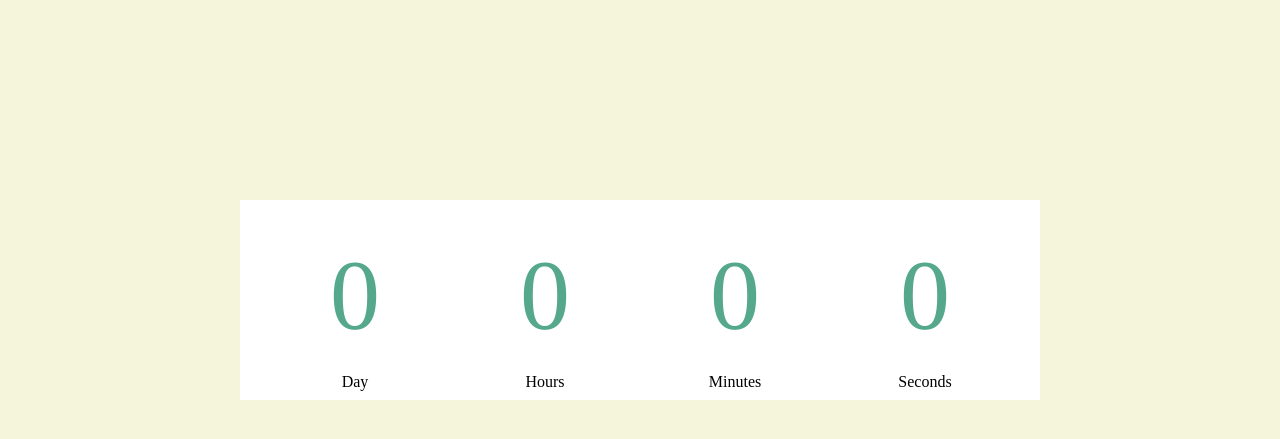
Repository: tienbkvn0605/counddown-demo
Page: index.html
These files come from the project's save history. The page is drawn as it stood at one moment and after the next save; the edit follows.
The browser window is 1280 px wide. The pictures show the whole page.

Above is the page before, as saved 2022-10-04 23:27:24.

### index.html
<!DOCTYPE html>
<html lang="en">
  <head>
    <meta charset="UTF-8" />
    <meta http-equiv="X-UA-Compatible" content="IE=edge" />
    <meta name="viewport" content="width=device-width, initial-scale=1.0" />
    <link rel="stylesheet" href="resetcss.css" />
    <link rel="stylesheet" href="style.css" />
    <title>Document</title>
  </head>
  <body>
    <ul class="countdown">
      <li>
        <span class="number days">0</span>
        <span class="text">Day</span>
      </li>
      <li>
        <span class="number hours">0</span>
        <span class="text">Hours</span>
      </li>
      <li>
        <span class="number minutes">0</span>
        <span class="text">Minutes</span>
      </li>
      <li>
        <span class="number seconds">0</span>
        <span class="text">Seconds</span>
      </li>
    </ul>
  </body>
  <script src="app.js"></script>
</html>

### resetcss.css
*,
*::before,
*::after {
  box-sizing: border-box;
}
* {
  margin: 0;
  padding: 0;
  font: inherit;
}
body {
  line-height: 1.5;
}
img,
picture,
video,
canvas,
svg {
  display: block;
  max-width: 100%;
}
input,
button,
textarea,
select {
  outline: none;
}
p,
h1,
h2,
h3,
h4,
h5,
h6 {
  overflow-wrap: break-word;
}

### style.css
body {
  background-color: beige;
}
ul {
  list-style: none;
}
.countdown {
  width: 800px;
  height: 200px;
  margin: 200px auto;
  background-color: white;
  display: grid;
  grid-template-columns: repeat(4, 1fr);
  padding: 20px;
}
.countdown li {
  display: flex;
  align-items: center;
  flex-direction: column;
}
.number {
  font-size: 100px;
  color: rgb(86, 168, 141);
}

Loaded but not shown: app.js (no copy from this time; the picture is the same without it)

After the next save:
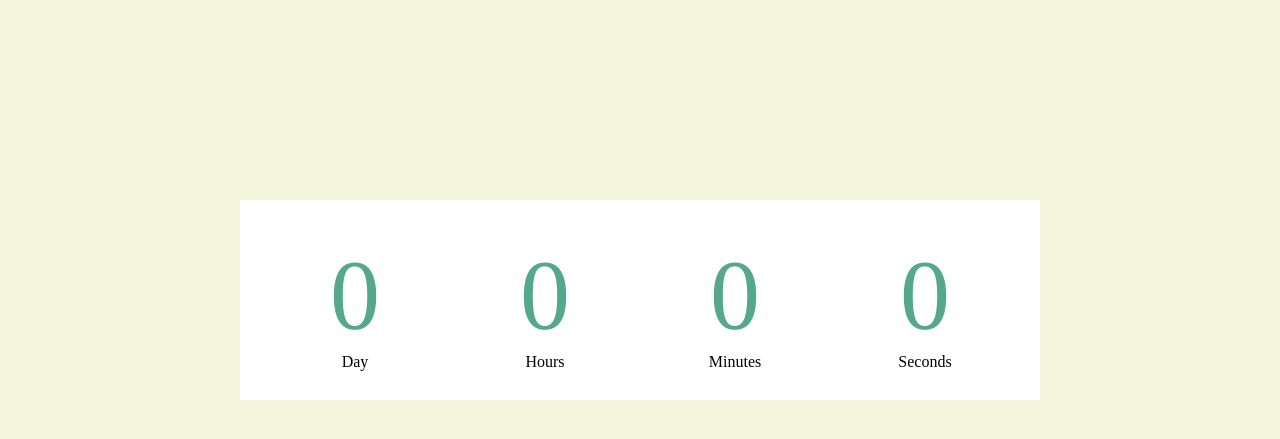
Saved 15 s later.
--- a/style.css
+++ b/style.css
@@ -21,4 +21,5 @@ ul {
 .number {
   font-size: 100px;
   color: rgb(86, 168, 141);
+  margin-bottom: -20px;
 }
